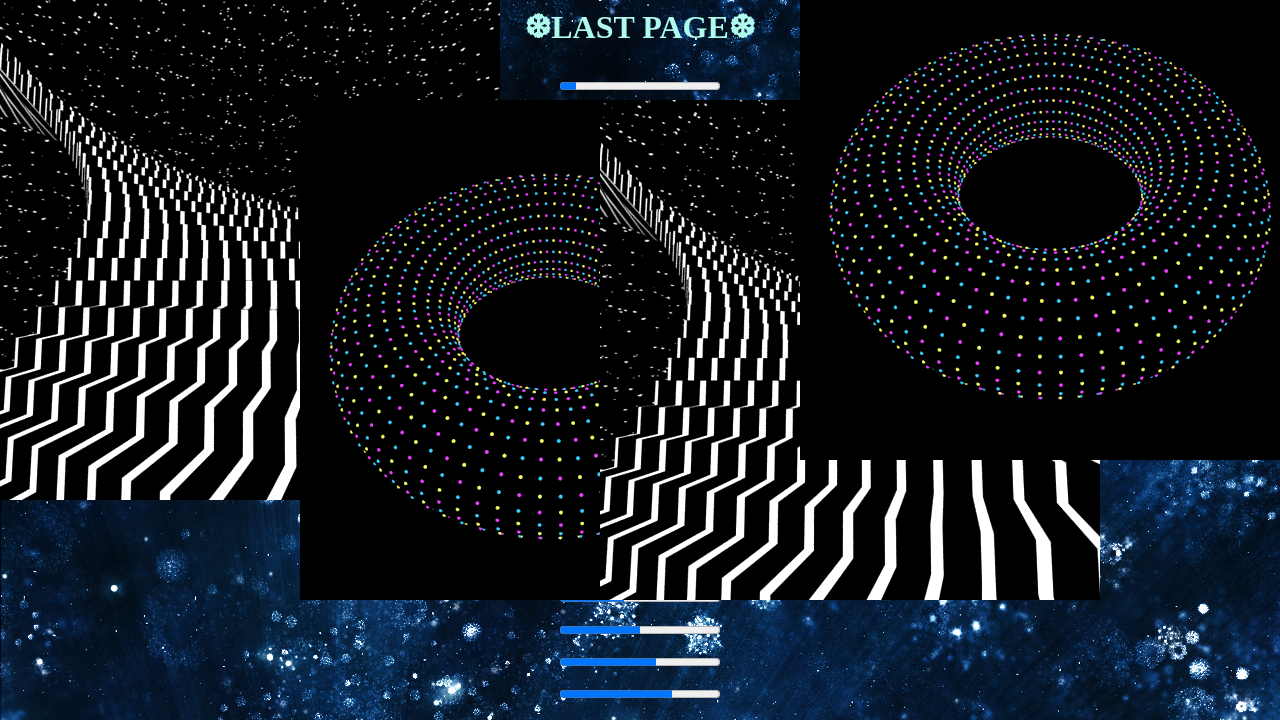
Repository: hanj291/hanj291.github.io
Page: CSS_composition/page5.html
The author's editor kept a record of every edit. The page is drawn from the files as they stood at one moment, then again after the next edit.
The browser window is 1280 px wide. The pictures show the whole page.

Above is the page before.

### CSS_composition/page5.html
<html>

	<head>
		<center>

		<h1><p style="color:#AFFAED">&#10054;LAST PAGE&#10054;</p></h1>
		<link href="page5css.css" rel="stylesheet">
	</head>
	<body>
		<div class= i1></div>
		<div class=i2></div>
		<div class=i3></div>
		<div class=i4></div>
		<div class=i5>
		<p><progress value="10" max="100"></progress>
		<p><progress value="20" max="100"></progress>
		<p><progress value="30" max="100"></progress>
		<p><progress value="80" max="100"></progress>
		<p><progress value="90" max="100"></progress>
		<p><progress value="100" max="100"></progress>
		<p><progress value="40" max="100"></progress>
		<p><progress value="50" max="100"></progress>
		<p><progress value="60" max="100"></progress>
		<p><progress value="70" max="100"></progress></div>

	<div class=i6>
		<p><progress value="10" max="100"></progress>
		<p><progress value="20" max="100"></progress>
		<p><progress value="30" max="100"></progress>
		<p><progress value="80" max="100"></progress>
		<p><progress value="90" max="100"></progress>
		<p><progress value="100" max="100"></progress>
		<p><progress value="40" max="100"></progress>
		<p><progress value="50" max="100"></progress>
		<p><progress value="60" max="100"></progress>
		<p><progress value="70" max="100"></progress></div>

	</body>
</html>

### CSS_composition/page5css.css
body {
    background-image: url(image/snow.jpeg);
}
.qq {
   z-index: 3;
}
.i1 {
    width: 500px;
    height: 500px;
    position: absolute;
    left: 0px;
    top: 0px;
    z-index: -1;
    background-image: url(image/cc.gif);
}
.i2 {
    width: 500px;
    height: 500px;
     position: absolute;
    left: 300px;
    top: 100px;
    z-index: 0;
    background-image: url(image/dd.gif);
}
.i3 {
     width: 500px;
    height: 500px;
    position: absolute;
    left:600px;
    top: 100px;
    z-index: 1;
    background-image: url(image/cc.gif);
}
.i4 {
    width: 500px;
    height: 500px;
     position: absolute;
    left: 800px;
    top: -40px;
    z-index: 2;
    background-image: url(image/dd.gif);
}

After the next edit:
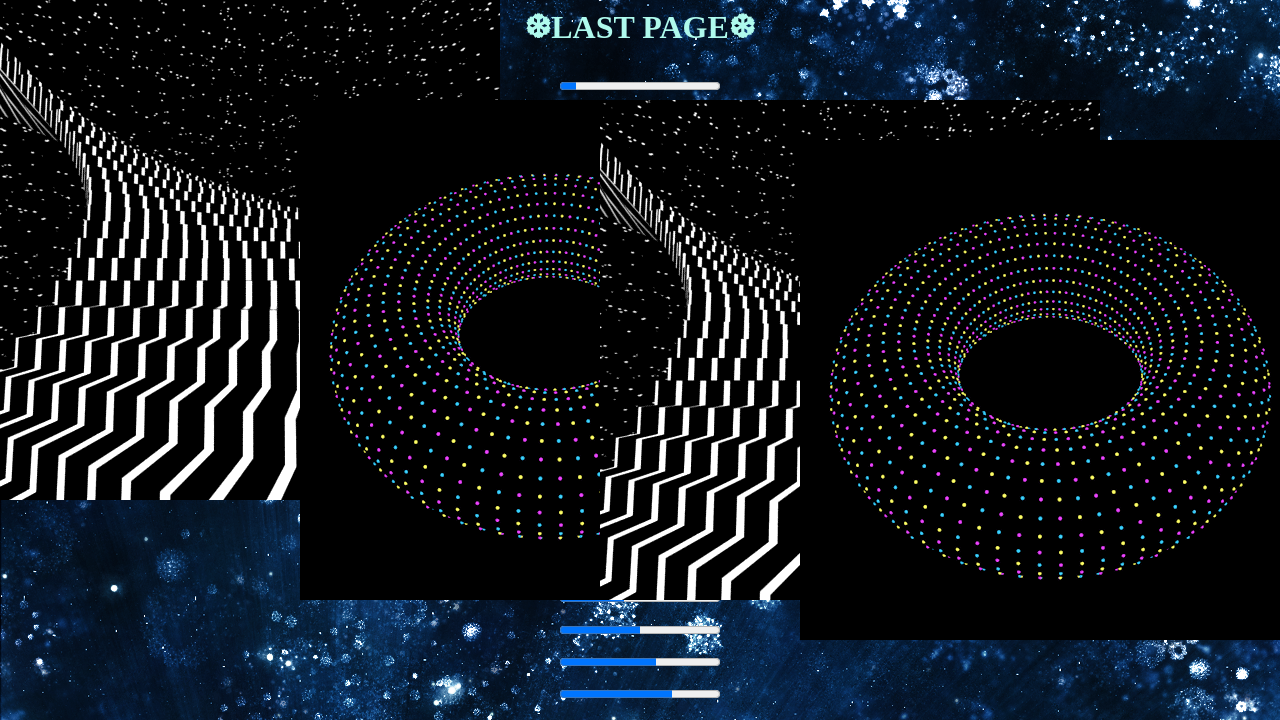
The edit:
--- a/CSS_composition/page5css.css
+++ b/CSS_composition/page5css.css
@@ -36,7 +36,7 @@
     height: 500px;
      position: absolute;
     left: 800px;
-    top: -40px;
+    top: 140px;
     z-index: 2;
     background-image: url(image/dd.gif);
 }
